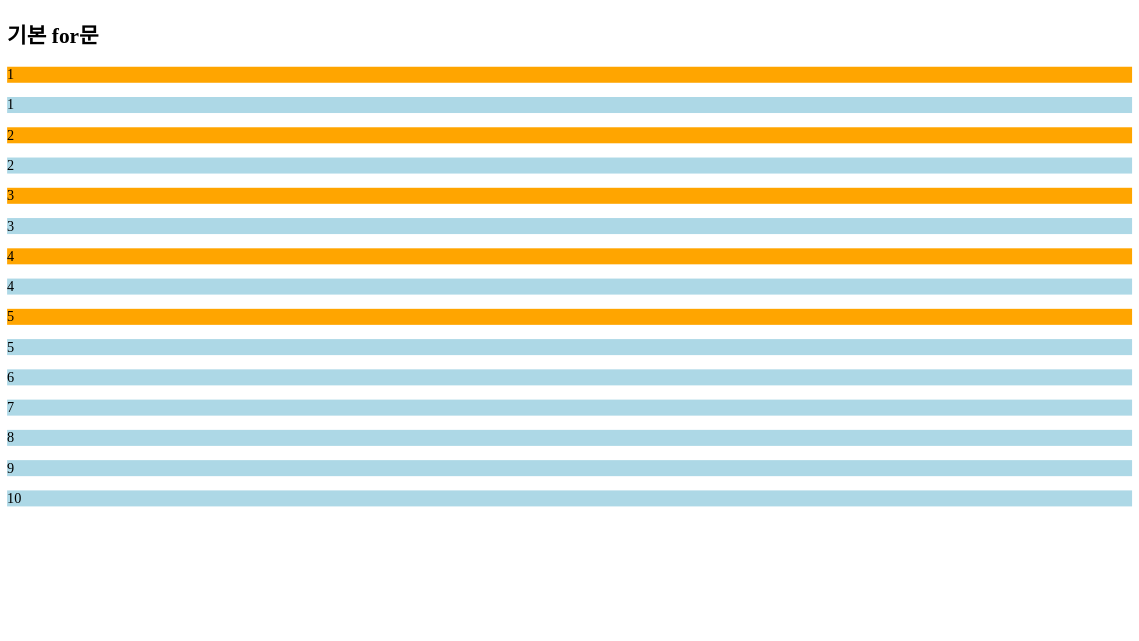
Repository: hyo-lang/java_ICT
Page: http://localhost/mvc1024/WEB-INF/views/jstLdemo.jsp
These files come from the project's save history. The page is drawn as it stood at one moment and after the next save; the edit follows.
The browser window is 1280 px wide. The pictures show the whole page, at 89% of full size.
The page is served by Tomcat 9. Nobody is signed in. The template is opened directly, without the code that normally fills it, so the values that code supplies are empty.

Above is the page before, as saved 2024-10-24 07:08:01.

After the next save:
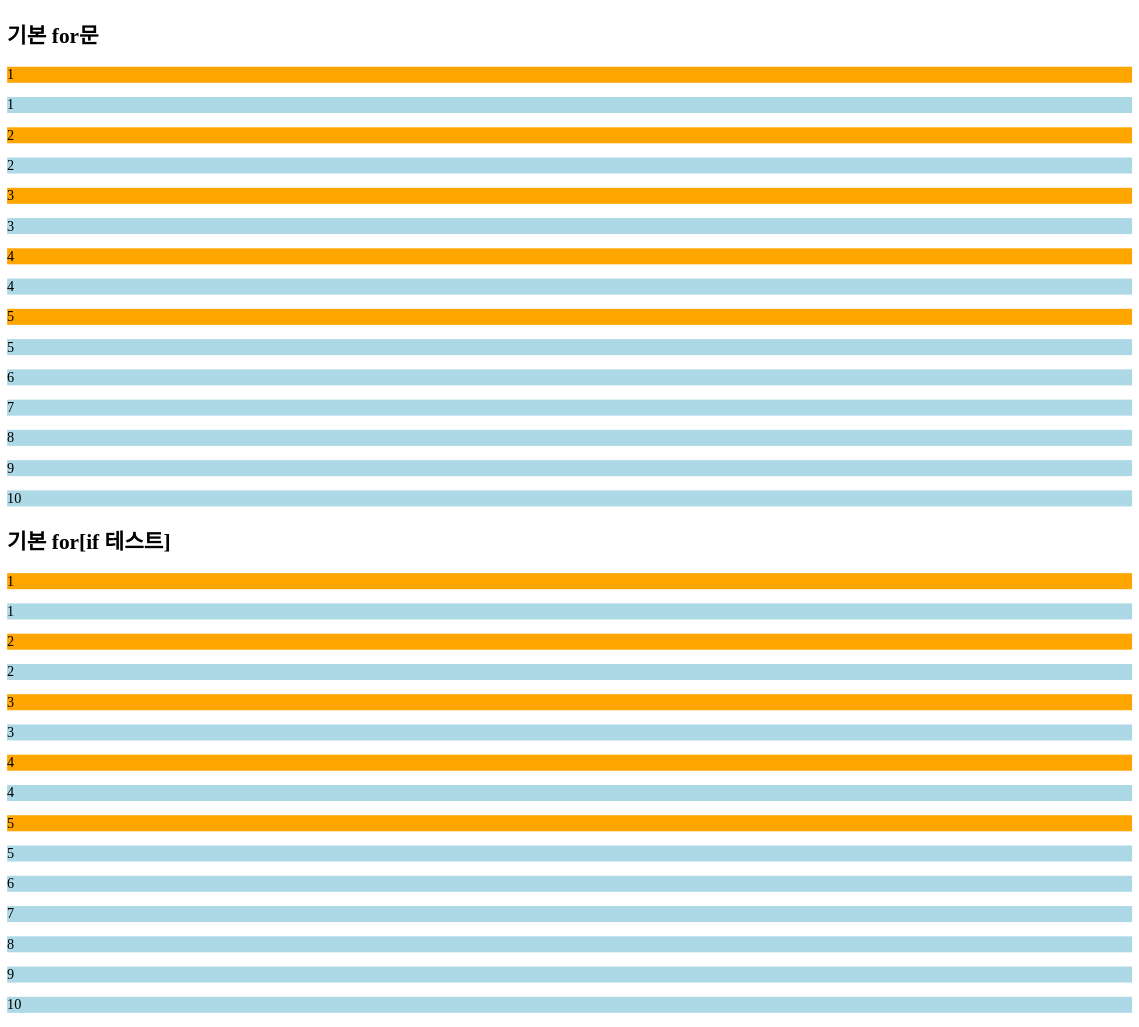
Saved 18 s later.
--- a/mvc1024/src/main/webapp/WEB-INF/views/jstLdemo.jsp
+++ b/mvc1024/src/main/webapp/WEB-INF/views/jstLdemo.jsp
@@ -13,5 +13,10 @@
 		<c:if test="${num.count<6}"><p style="background-color: orange;">${num.count}</p></c:if>
 		<p style="background-color: lightblue;">${num.count}</p>
 	</c:forEach>
+	<h2>기본 for[if 테스트]</h2>
+	<c:forEach begin="1" end="10" step="1" varStatus="num">
+		<c:if test="${num.count<6}"><p style="background-color: orange;">${num.count}</p></c:if>
+		<p style="background-color: lightblue;">${num.count}</p>
+	</c:forEach>
 </body>
 </html>
